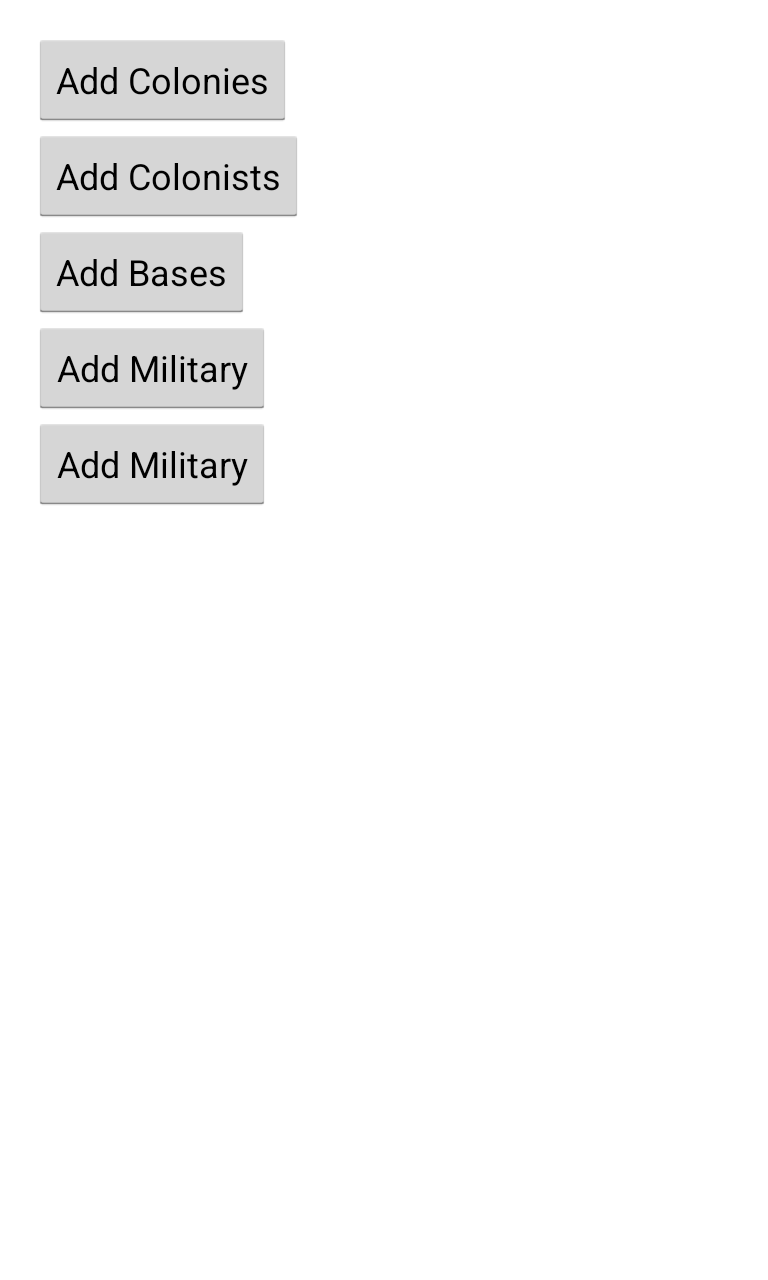
Repository: blender-head/android_basic
Layout: Hello_World/res/layout/activity_config_planet.xml
These files come from the project's save history. The layout is drawn as it stood at one moment and after the next save; the edit follows.
It is drawn on a 768 x 1280 px phone screen (xhdpi) without system bars, with theme AppTheme; the app's code is not run.

Above is the layout before, as saved 2013-12-31 17:29:35.

### Hello_World/res/layout/activity_config_planet.xml
<LinearLayout xmlns:android="http://schemas.android.com/apk/res/android"
    xmlns:tools="http://schemas.android.com/tools"
    android:layout_width="match_parent"
    android:layout_height="match_parent"
    android:paddingBottom="@dimen/activity_vertical_margin"
    android:paddingLeft="@dimen/activity_horizontal_margin"
    android:paddingRight="@dimen/activity_horizontal_margin"
    android:paddingTop="@dimen/activity_vertical_margin"
    android:orientation="vertical"
    tools:context=".ConfigPlanetActivity" >

    <Button
        android:id="@+id/coloniesButton"
		android:layout_width="wrap_content"
		android:layout_height="wrap_content"
		android:text="@string/button_name_colonies" />

    <Button
        android:id="@+id/colonistsButton"
		android:layout_width="wrap_content"
		android:layout_height="wrap_content"
		android:text="@string/button_name_colonists" />

    <Button
        android:id="@+id/basesButton"
		android:layout_width="wrap_content"
		android:layout_height="wrap_content"
		android:text="@string/button_name_bases" />

    <Button
        android:id="@+id/militaryButton"
		android:layout_width="wrap_content"
		android:layout_height="wrap_content"
		android:text="@string/button_name_military" />

    <Button
        android:id="@+id/ffonButton"
		android:layout_width="wrap_content"
		android:layout_height="wrap_content"
		android:text="@string/button_name_military" />

</LinearLayout>

### Hello_World/res/values/strings.xml
<?xml version="1.0" encoding="utf-8"?>
<resources>

    <string name="app_name">Hello_World</string>
    <string name="action_settings">Settings</string>
    <string name="hello_world">Hello world!</string>

    <!-- Labels -->
    <string name="planet_name_label">Planet Name: </string>
    <string name="planet_mass_label">Planet Mass: </string>
    <string name="planet_gravity_label">Planet Gravity: </string>
    <string name="planet_colonies_label">Planet Colonies: </string>
    <string name="planet_population_label">Planet Population: </string>
    <string name="planet_military_label">Planet Military: </string>
    <string name="planet_bases_label">Planet Bases: </string>
    <string name="planet_forcefield_label">Planet Forcefield: </string>

    <!-- Menus -->
    <string name="menu_add_planet">Add a New Planet</string>
    <string name="menu_config_planet">Configure Planet</string>
    <string name="menu_travel_planet">Travel to Planet</string>
    <string name="menu_attack_planet">Attack on Planet</string>
    <string name="menu_home_planet">Show Home Planet</string>
    <string name="title_activity_new_planet">NewPlanetActivity</string>

    <!-- Planet names -->
    <string name="content_desc_earth">Planet Earth</string>
    <string name="content_desc_mars">Planet Mars</string>
    <string name="content_desc_venus">Planet Venus</string>
    <string name="content_desc_jupiter">Planet Jupiter</string>
    <string name="content_desc_saturn">Planet Saturn</string>
    <string name="content_desc_neptune">Planet Neptune</string>
    <string name="title_activity_config_planet">ConfigPlanetActivity</string>

    <!-- Buttins -->
    <string name="button_name_colonies">Add Colonies</string>
	<string name="button_name_colonists">Add Colonists</string>
	<string name="button_name_bases">Add Bases</string>
	<string name="button_name_military">Add Military</string>
	<string name="button_name_ffon">Forcefield On</string>
	<string name="button_name_ffoff">Forcefield Off</string>

</resources>

Loaded but not shown: Hello_World/res/values/styles.xml (common file); Hello_World/res/values-v11/styles.xml (common file); Hello_World/res/values-v14/styles.xml (common file); Hello_World/res/values/dimens.xml (common file)

After the next save:
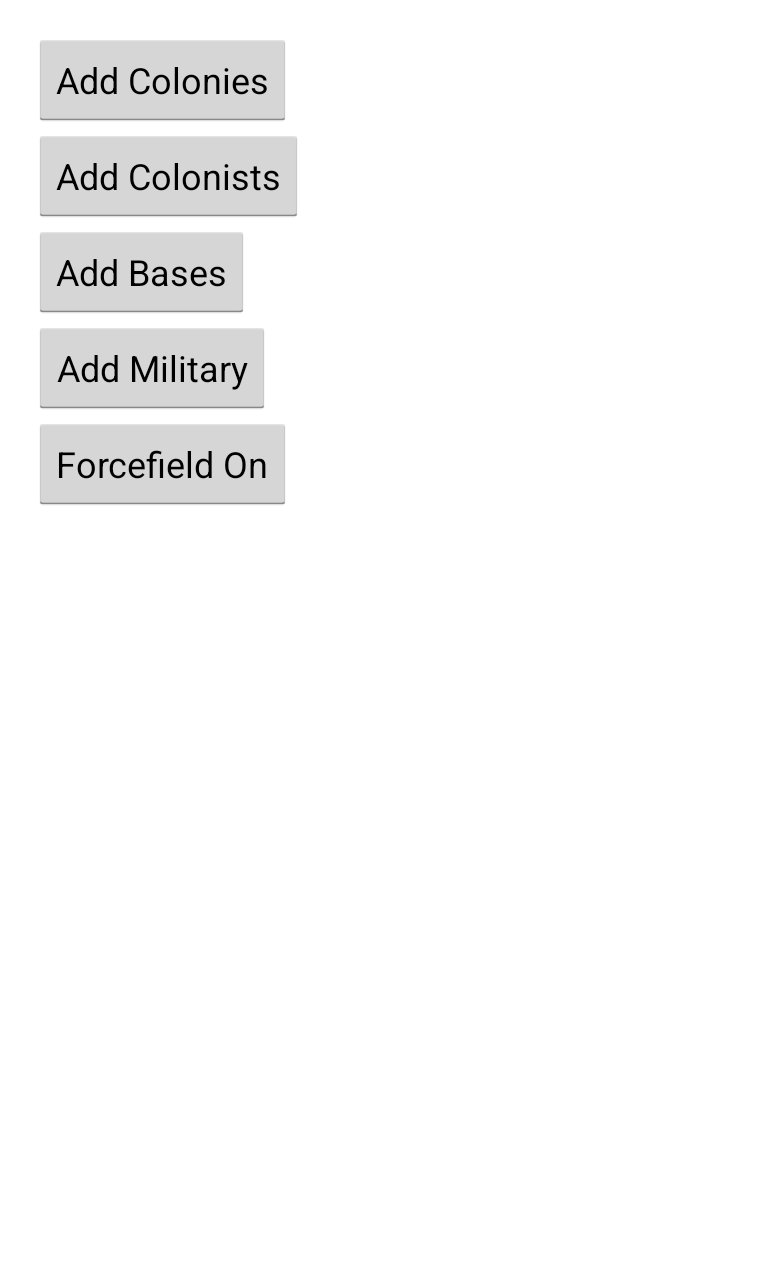
Saved 7 s later.
--- a/Hello_World/res/layout/activity_config_planet.xml
+++ b/Hello_World/res/layout/activity_config_planet.xml
@@ -37,6 +37,6 @@
         android:id="@+id/ffonButton"
 		android:layout_width="wrap_content"
 		android:layout_height="wrap_content"
-		android:text="@string/button_name_military" />
+		android:text="@string/button_name_ffon" />
 
 </LinearLayout>
